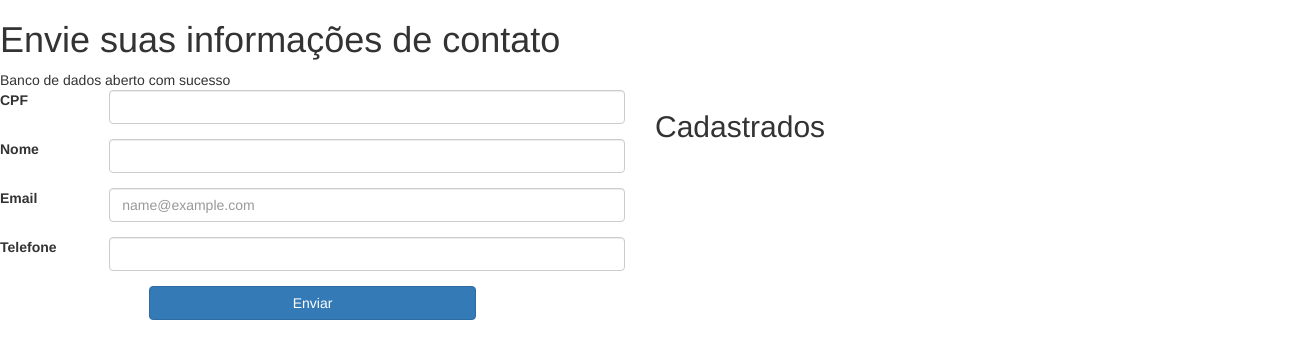
Repository: NicholasMaestrello/treinamento-impacta
Page: http://localhost/02_EmpresaRH/trabalhe_conosco.html
These files come from the project's save history. The page is drawn as it stood at one moment and after the next save; the edit follows.
The browser window is 1280 px wide. The page is 1295 px wide, so the pictures cover 1295 px, including what lies to the right of the window. The pictures show the whole page.
Some web libraries are served in a nearby version. The page is served by Tomcat 9.

Above is the page before, as saved 2017-10-23 18:49:58.

After the next save:
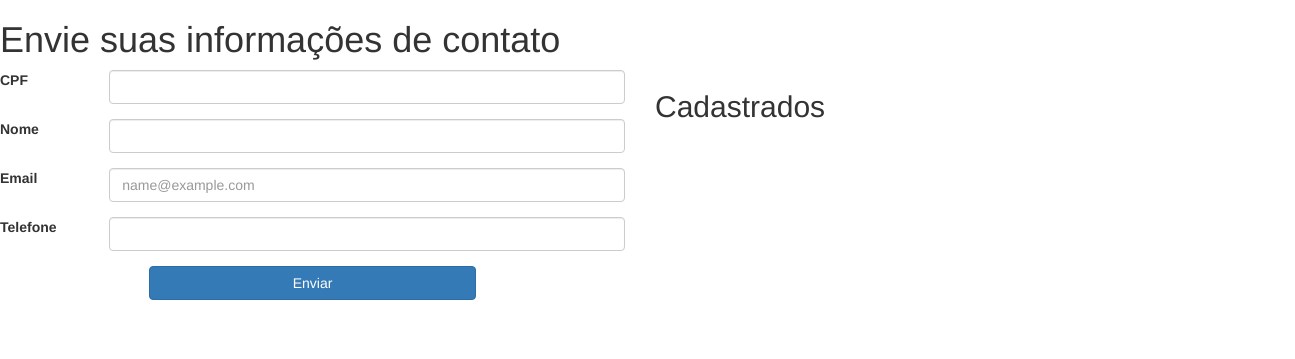
Console error: TypeError: Cannot read properties of undefined (reading 'transaction')
Saved 12 s later.
--- a/DesenvolvimentoJava/Modulo06/02_EmpresaRH/WebContent/trabalhe.js
+++ b/DesenvolvimentoJava/Modulo06/02_EmpresaRH/WebContent/trabalhe.js
@@ -1,5 +1,6 @@
 $(document).ready(function(){
 	let request, db;
+	listar()
 	// abrindo ou cirando o banco de dados
 
 	request = window.indexedDB.open("DBCandidatos");

After the 3 saves that followed:
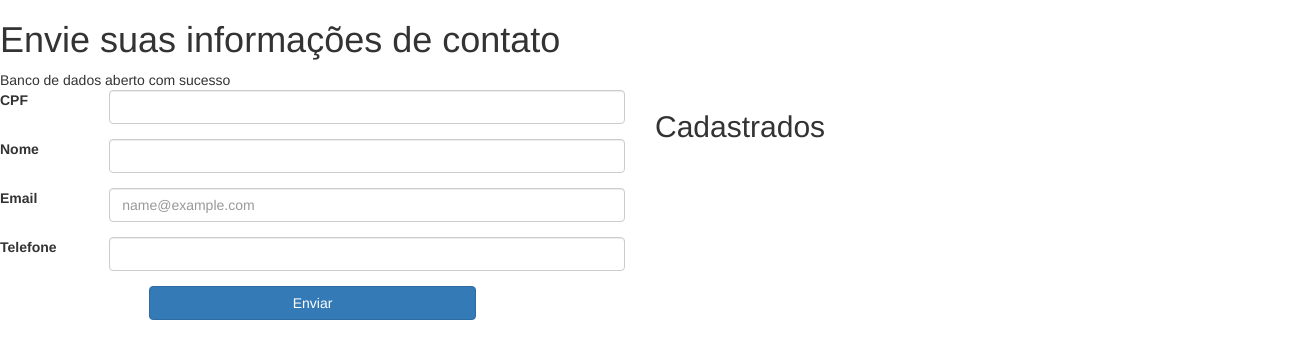
Console error: TypeError: $(...).click(...) is not a function
The 3 saves are shown as one change because 1 left the picture as it was and some came seconds apart.
The last was saved 73 s later.
--- a/DesenvolvimentoJava/Modulo06/02_EmpresaRH/WebContent/trabalhe.js
+++ b/DesenvolvimentoJava/Modulo06/02_EmpresaRH/WebContent/trabalhe.js
@@ -1,6 +1,6 @@
 $(document).ready(function(){
 	let request, db;
-	listar()
+
 	// abrindo ou cirando o banco de dados
 
 	request = window.indexedDB.open("DBCandidatos");
@@ -39,11 +39,12 @@
 		}
 		let objectStore = transaction.objectStore("candidatos");
 		objectStore.add({cpf, nome, telefone, email});
+		listar()
 	})
 
 
 
-	function listar() {
+	(function listar() {
 		let transaction = db.transaction(["candidatos"], "readonly")
 		let objectStore = transaction.objectStore("candidatos");
 		objectStore.openCursor().onsuccess = function(event){
@@ -53,5 +54,5 @@
 				cursor.continue()
 			}
 		}
-	}
+	})()
 })
